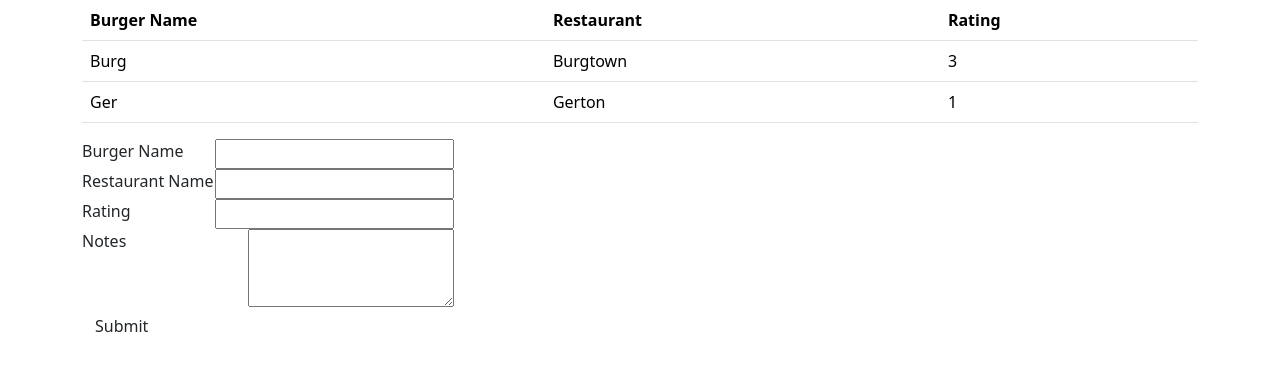
Repository: Hokusai12/Java_Dojo
Page: http://localhost/burgertracker/WEB-INF/index.jsp
An editor plug-in stored every save of this project. The page is shown before and after the next save, followed by the edit.
The browser window is 1280 px wide. The pictures show the whole page.
The page is served by Tomcat 9. Nobody is signed in. The template is opened directly, without the code that normally fills it, so the values that code supplies are empty.

Above is the page before, as saved 2023-03-05 18:22:40.

After the next save:
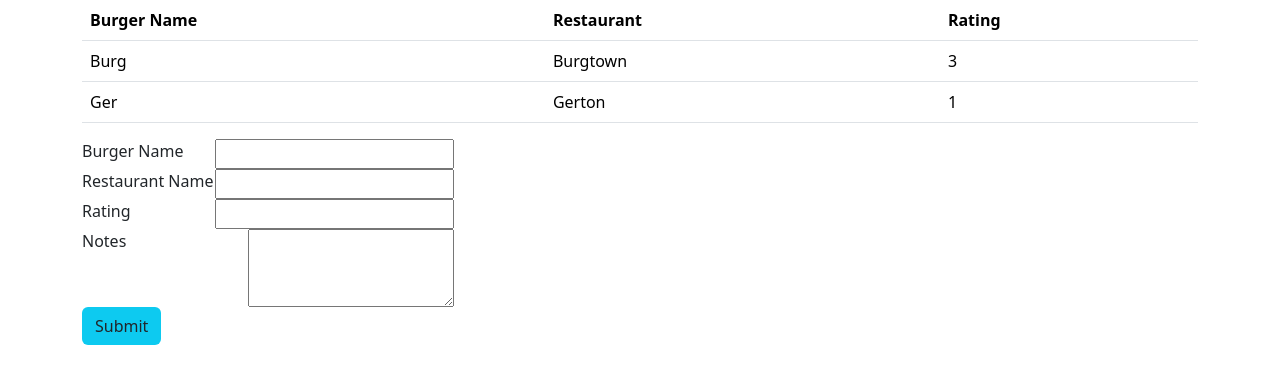
Saved 14 s later.
--- a/Spring/MVC/burgertracker/src/main/webapp/WEB-INF/index.jsp
+++ b/Spring/MVC/burgertracker/src/main/webapp/WEB-INF/index.jsp
@@ -50,7 +50,7 @@
 				<label for="notes">Notes</label>
 				<textarea name="notes" id="notes" cols="20" rows="3"></textarea>
 			</div>
-			<input class="btn" type="submit" value="Submit"/>
+			<input class="btn bg-info" type="submit" value="Submit"/>
 		</form>
 	</div>
 </body>
